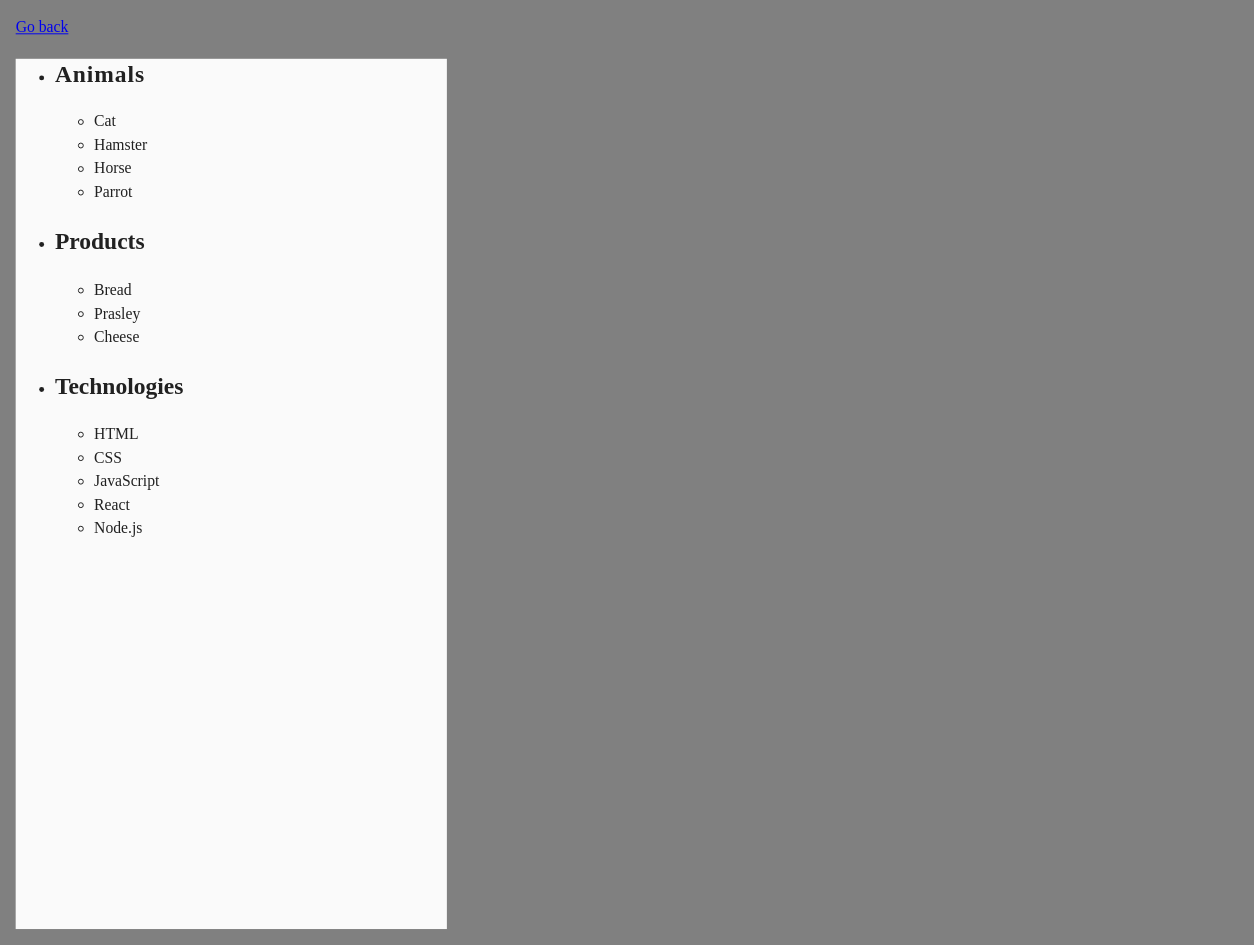
Repository: ViacheslavParfenenko/goit-js-hw-07
Page: task-1.html
An editor plug-in stored every save of this project. The page is shown before and after the next save, followed by the edit.
The browser window is 1280 px wide. The pictures show the whole page, at 98% of full size.

Above is the page before, as saved 2024-07-09 16:57:49.

After the next save:
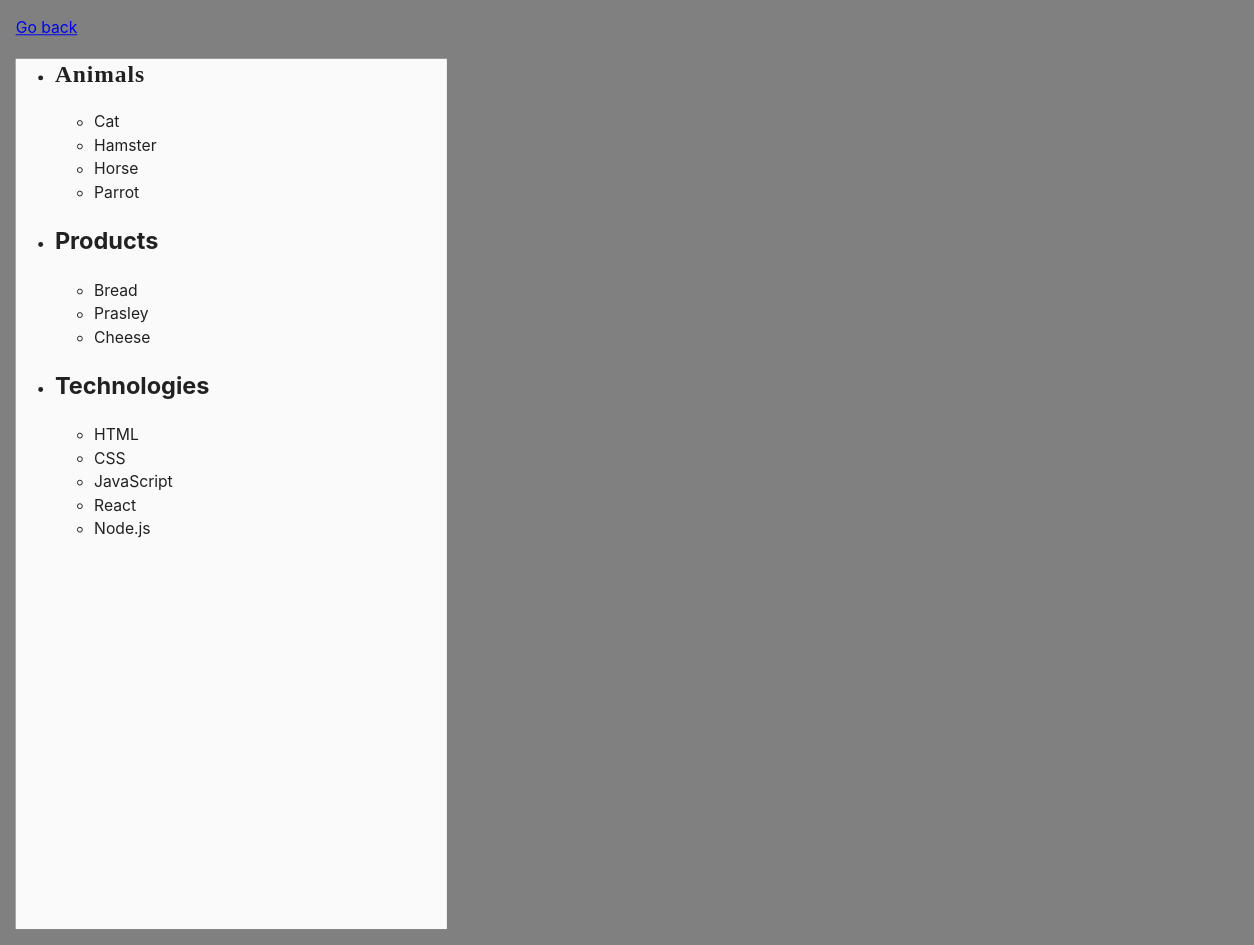
Saved 27 s later.
--- a/css/common.css
+++ b/css/common.css
@@ -4,8 +4,8 @@
 
 body {
   margin: 16px;
-  /* font-family: -apple-system, BlinkMacSystemFont, 'Segoe UI', Roboto, Oxygen,
-    Ubuntu, Cantarell, 'Open Sans', 'Helvetica Neue', sans-serif; */
+  font-family: -apple-system, BlinkMacSystemFont, 'Segoe UI', Roboto, Oxygen,
+    Ubuntu, Cantarell, 'Open Sans', 'Helvetica Neue', sans-serif;
   -webkit-font-smoothing: antialiased;
   -moz-osx-font-smoothing: grayscale;
   background-color: gray;
@@ -30,6 +30,7 @@ body {
 }
 
 .item-name {
+
 font-family: Montserrat;
 font-size: 24px;
 font-weight: 600;
